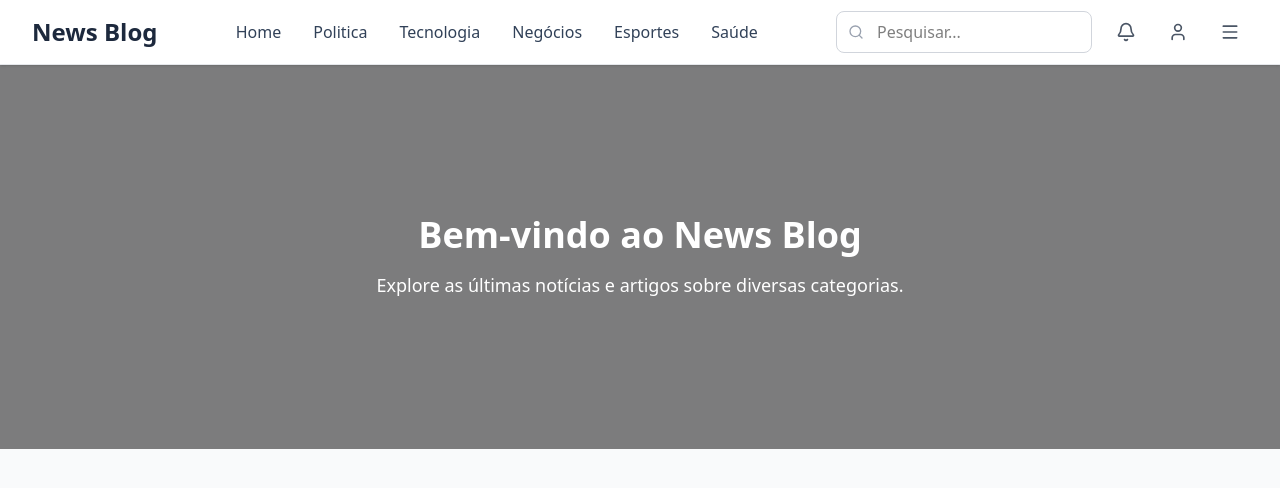
Repository: estevam02009/news-blog
Page: /
The author's editor kept a copy of each file at every save. The page is drawn from the files as they stood at one save, then again after the next save.
The browser window is 1280 px wide. The pictures show the whole page.
The project was rebuilt for these pictures with package versions that can differ from the ones it lists, and the page was loaded fresh each time. Also part of the build but not shown: vite.config.ts.

Above is the page before, as saved 2025-08-08 17:19:17.

After the next save:
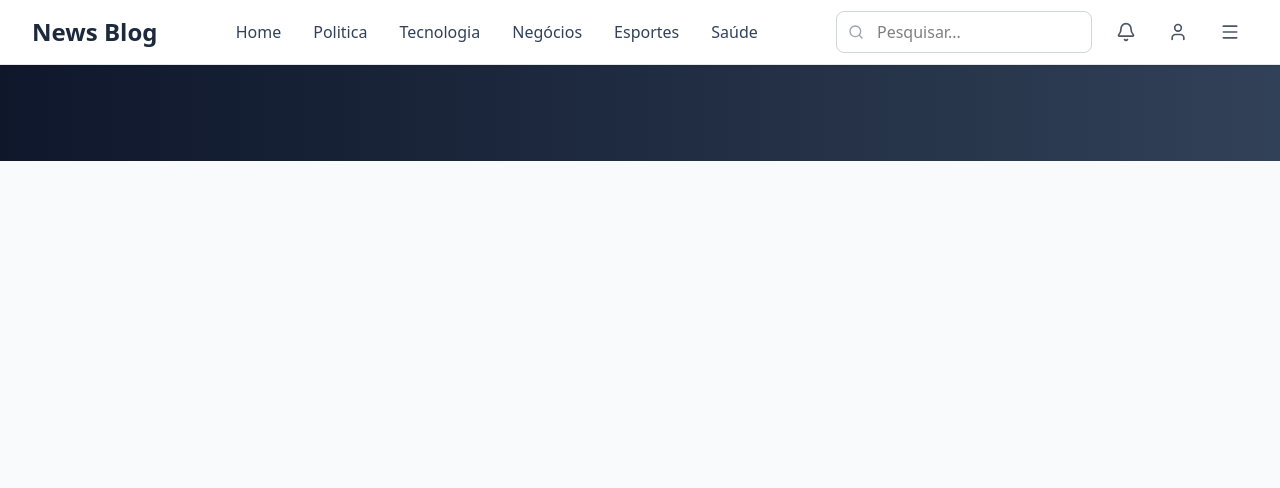
Saved 58 s later.
--- a/src/components/Hero.tsx
+++ b/src/components/Hero.tsx
@@ -3,15 +3,7 @@ import React from "react";
 
 const Hero: React.FC = () => {
     return (
-        <div className="bg-cover bg-center h-96 relative">
-            <div className="absolute inset-0 bg-black opacity-50"></div>
-            <div className="relative z-10 flex flex-col items-center justify-center h-full">
-                <h1 className="text-4xl font-bold text-white mb-4">Bem-vindo ao News Blog</h1>
-                <p className="text-lg text-white">
-                    Explore as últimas notícias e artigos sobre diversas categorias.
-                </p>
-            </div>
-        </div>
+        <section className="bg-gradient-to-r from-slate-900 to-slate-700 text-white py-12"></section>
     );
 };
 
